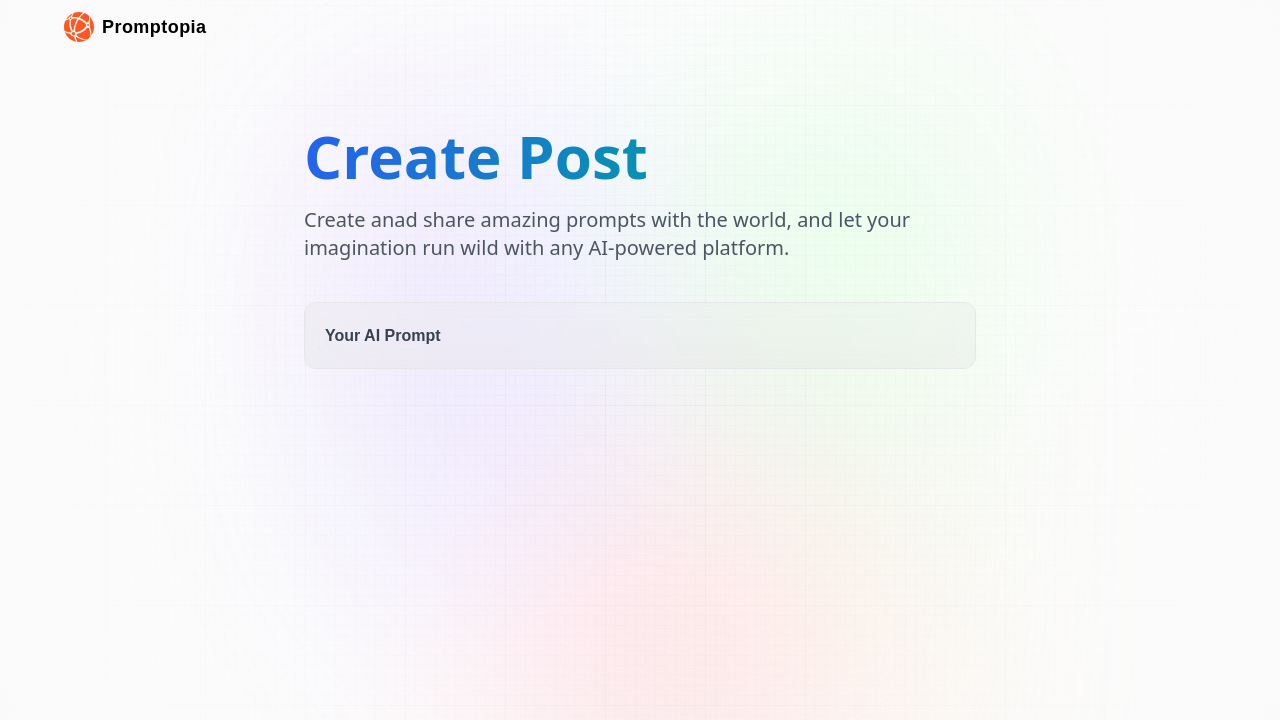
Repository: shraddesh123/promptAI
Page: /create-prompt
An editor plug-in stored every save of this project. The page is shown before and after a run of saves, followed by the edit.
The browser window is 1280 px wide. The pictures show the whole page.
The page's requests for data from a server got no answer. The project was rebuilt for these pictures with package versions that can differ from the ones it lists, and the page was loaded fresh each time. The framework's server and built-in components were replaced by stand-ins that run in the browser. No one was signed in, and anything a server would have sent is missing. Also part of the build but not shown: next.config.mjs.

Above is the page before, as saved 2024-08-02 18:33:56.

### app/layout.jsx

import "@styles/global.css";
import Nav from "@components/Nav";
import Provider from "@components/Provider";


export const metadata = {
    title: "Promptopia",
    description: "Discover & Share AI Prompts",
};
//we did not returning anything like other components
const RootLayout = ({ children }) => (
    <html lang='en'>
        <body>
            <Provider>
                <div className='main'>
                    <div className='gradient' />
                </div>
                <main className='app'>
                    <Nav />
                    {children}
                </main>
            </Provider>
        </body>
    </html>
);

export default RootLayout;

### app/create-prompt/page.jsx
"use client";
import { useState } from "react"
import { useSession } from "next-auth/react";
import { useRouter } from "next/router";

import Form from "@components/Form";


const CreatePrompt = () => {
    const [Submitting, setSubmitting] = useState(false);
    const [Post, setPost] = useState({
        prompt: '',
        tag: '',
    });
    const createPrompt = async (e) => {

    }
    return (
        <div>
            <Form
                type="Create"
                post={Post}
                setPost={setPost}
                Submitting={Submitting}
                handleSubmit={createPrompt}
            />
        </div>
    )
}

export default CreatePrompt

### styles/global.css
@import url("https://fonts.googleapis.com/css2?family=Inter:wght@100;200;300;400;500;600;700;800;900&display=swap");

@tailwind base;
@tailwind components;
@tailwind utilities;

/*
  Note: The styles for this gradient grid background is heavily inspired by the creator of this amazing site (https://dub.sh) – all credits go to them!
*/

.main {
  width: 100vw;
  min-height: 100vh;
  position: fixed;
  display: flex;
  justify-content: center;
  padding: 120px 24px 160px 24px;
  pointer-events: none;
}

.main:before {
  background: radial-gradient(circle, rgba(2, 0, 36, 0) 0, #fafafa 100%);
  position: absolute;
  content: "";
  z-index: 2;
  width: 100%;
  height: 100%;
  top: 0;
}

.main:after {
  content: "";
  background-image: url("/assets/images/grid.svg");
  z-index: 1;
  position: absolute;
  width: 100%;
  height: 100%;
  top: 0;
  opacity: 0.4;
  filter: invert(1);
}

.gradient {
  height: fit-content;
  z-index: 3;
  width: 100%;
  max-width: 640px;
  background-image: radial-gradient(
      at 27% 37%,
      hsla(215, 98%, 61%, 1) 0px,
      transparent 0%
    ),
    radial-gradient(at 97% 21%, hsla(125, 98%, 72%, 1) 0px, transparent 50%),
    radial-gradient(at 52% 99%, hsla(354, 98%, 61%, 1) 0px, transparent 50%),
    radial-gradient(at 10% 29%, hsla(256, 96%, 67%, 1) 0px, transparent 50%),
    radial-gradient(at 97% 96%, hsla(38, 60%, 74%, 1) 0px, transparent 50%),
    radial-gradient(at 33% 50%, hsla(222, 67%, 73%, 1) 0px, transparent 50%),
    radial-gradient(at 79% 53%, hsla(343, 68%, 79%, 1) 0px, transparent 50%);
  position: absolute;
  content: "";
  width: 100%;
  height: 100%;
  filter: blur(100px) saturate(150%);
  top: 80px;
  opacity: 0.15;
}

@media screen and (max-width: 640px) {
  .main {
    padding: 0;
  }
}

/* Tailwind Styles */

.app {
  @apply relative z-10 flex justify-center items-center flex-col max-w-7xl mx-auto sm:px-16 px-6;
}

.black_btn {
  @apply rounded-full border border-black bg-red-500 py-1.5 px-5 text-white transition-all hover:bg-white hover:text-black text-center text-sm font-inter flex items-center justify-center;
}

.outline_btn {
  @apply rounded-full border border-black bg-transparent py-1.5 px-5 text-black transition-all hover:bg-black hover:text-white text-center text-sm font-inter flex items-center justify-center;
}

.head_text {
  @apply mt-5 text-5xl font-extrabold leading-[1.15] text-black sm:text-6xl;
}

.orange_gradient {
  @apply bg-gradient-to-r from-amber-500 via-orange-600 to-yellow-500 bg-clip-text text-transparent;
}

.green_gradient {
  @apply bg-gradient-to-r from-green-400 to-green-500 bg-clip-text text-transparent;
}

.blue_gradient {
  @apply bg-gradient-to-r from-blue-600 to-cyan-600 bg-clip-text text-transparent;
}

.desc {
  @apply mt-5 text-lg text-gray-600 sm:text-xl max-w-2xl;
}

.search_input {
  @apply block w-full rounded-md border border-gray-200 bg-white py-2.5 font-satoshi pl-5 pr-12 text-sm shadow-lg font-medium focus:border-black focus:outline-none focus:ring-0;
}

.copy_btn {
  @apply w-7 h-7 rounded-full bg-white/10 shadow-[inset_10px_-50px_94px_0_rgb(199,199,199,0.2)] backdrop-blur flex justify-center items-center cursor-pointer;
}

.glassmorphism {
  @apply rounded-xl border border-gray-200 bg-white/20 shadow-[inset_10px_-50px_94px_0_rgb(199,199,199,0.2)] backdrop-blur p-5;
}

.prompt_layout {
  @apply space-y-6 py-8 sm:columns-2 sm:gap-6 xl:columns-3;
}

/* Feed Component */
.feed {
  @apply mt-16 mx-auto w-full max-w-xl flex justify-center items-center flex-col gap-2;
}

/* Form Component */
.form_textarea {
  @apply w-full flex rounded-lg h-[200px] mt-2 p-3 text-sm text-gray-500 outline-0;
}

.form_input {
  @apply w-full flex rounded-lg mt-2 p-3 text-sm text-gray-500 outline-0;
}

/* Nav Component */
.logo_text {
  @apply max-sm:hidden font-satoshi font-semibold text-lg text-black tracking-wide;
}

.dropdown {
  @apply absolute right-0 top-full mt-3 w-full p-5 rounded-lg bg-white min-w-[210px] flex flex-col gap-2 justify-end items-end;
}

.dropdown_link {
  @apply text-sm font-inter text-gray-700 hover:text-gray-500 font-medium;
}

/* PromptCard Component */
.prompt_card {
  @apply flex-1 break-inside-avoid rounded-lg border border-gray-300 bg-white/20 bg-clip-padding p-6 pb-4 backdrop-blur-lg backdrop-filter md:w-[360px] w-full h-fit;
}

.flex-center {
  @apply flex justify-center items-center;
}

.flex-start {
  @apply flex justify-start items-start;
}

.flex-end {
  @apply flex justify-end items-center;
}

.flex-between {
  @apply flex justify-between items-center;
}

### components/Nav.jsx
"use client";
import Link from "next/link"
import Image from "next/image"
import { useState, useEffect } from "react"
import { signIn, signOut, useSession, getProviders } from 'next-auth/react'


const Nav = () => {

    const { data: session } = useSession();
    const [providers, setProviders] = useState(null);
    const [toggleDropdown, setToggleDropdown] = useState(false);

    useEffect(() => {//functional component to fetch the available authentication providers from the next-auth library
        const setUpProviders = async () => {
            const res = await getProviders();//the getProviders function is called and the result is stored in the res variable.
            setProviders(res);
            // The setProviders function is then called with the res variable to update the providers state variable.
        }
        setUpProviders();
    }, []);


    return (
        <nav className="flex-between w-full mb-16 pt-3">
            <Link
                href="/"
                className="flex gap-2 flex-center">

                <Image
                    src="/assets/images/logo.svg"
                    width={30}
                    height={30}
                    className="object-contain"
                    alt="logo"
                />

                <p className="logo_text">Promptopia</p>

            </Link>
            {/*desktop navigation*/}
            <div className="sm:flex hidden">
                {session?.user ? (
                    <div className="flex gap-3 md:gap-5">
                        <Link
                            href="/create-prompt"
                            className="black_btn"
                        >
                            Create Post
                        </Link>
                        <button
                            type="button"
                            onClick={signOut}
                            className="outline_btn">
                            Sign Out
                        </button>
                        <Link href="/profile">
                            <Image
                                src={session?.user.image}
                                width={37}
                                height={37}
                                className="rounded-full"
                                alt="profile"
                            />
                        </Link>
                    </div>
                ) : (
                    <>
                        {providers &&
                            Object.values(providers).map((provider) => (
                                <button
                                    type='button'
                                    key={provider.name}
                                    onClick={() => {
                                        signIn(provider.id);
                                    }}
                                    className='black_btn'
                                >
                                    Sign In
                                </button>
                            ))}
                    </>
                )}
            </div>
            {/*mobile navigation*/}
            <div className="sm:hidden flex relative">
                {session?.user ? (
                    <div className="flex">
                        <Image
                            src={session?.user.image}
                            width={30}
                            height={30}
                            className="object-contain cursor-pointer"
                            alt="profile"
                            onClick={() => setToggleDropdown(!toggleDropdown)}//prev is a reference to the previous value of the toggleDropdown state variable.!prev expression is used to toggle the value of prev. If prev is true, !prev will be false, and vice versa.
                        />
                        {toggleDropdown && (
                            <div className="dropdown">
                                <Link
                                    href='/profile'
                                    className='dropdown_link'
                                    onClick={() => setToggleDropdown(false)}
                                >
                                    My Profile
                                </Link>
                                <Link
                                    href='/create-prompt'
                                    className='dropdown_link'
                                    onClick={() => setToggleDropdown(false)}
                                >
                                    Create Post
                                </Link>
                                <button
                                    type="button"
                                    onClick={() => {
                                        setToggleDropdown(false);
                                        signOut();
                                    }}
                                    className="mt-5 w-full black_btn"
                                >
                                    Sign Out
                                </button>
                            </div>
                        )}
                    </div>
                )
                    :
                    (
                        <>
                            {providers &&
                                Object.values(providers).map((provider) => (
                                    <button
                                        type='button'
                                        key={provider.name}
                                        onClick={() => {
                                            signIn(provider.id);
                                        }}
                                        className='black_btn'
                                    >
                                        Sign in
                                    </button>
                                ))}
                        </>
                    )}
            </div>
        </nav>
    )
}

export default Nav

### components/Provider.jsx
"use client";
import { SessionProvider } from 'next-auth/react'

const Provider = ({ children, session }) => {

  return (
    <SessionProvider session={session}>
      {children}
    </SessionProvider>
  )
}

export default Provider

### components/Form.jsx
import Link from "next/link"

const Form = ({ type, post, setPost, Submitting, handleSubmit }) => {
  return (
    <section className="w-full max-w-full flex-start flex-col">
      <h1 className="head_text text-left "> <span className="blue_gradient">{type} Post</span></h1>
      <p className="desc text-left max-w-md">
        {type} anad share amazing prompts with the world, and let your imagination run wild with any AI-powered platform.
      </p>
      <form
        onSubmit={handleSubmit}
        className="mt-10 w-full max-w-2xl flex flex-col gap-7 glassmorphism">
          <label>
            <span className="font-satoshi font-semibold text-base text-gray-700">Your AI Prompt</span>

          </label>
      </form>
    </section>
  )
}

export default Form

Loaded but not shown: tailwind.config.js (common file)

After the next 2 saves:
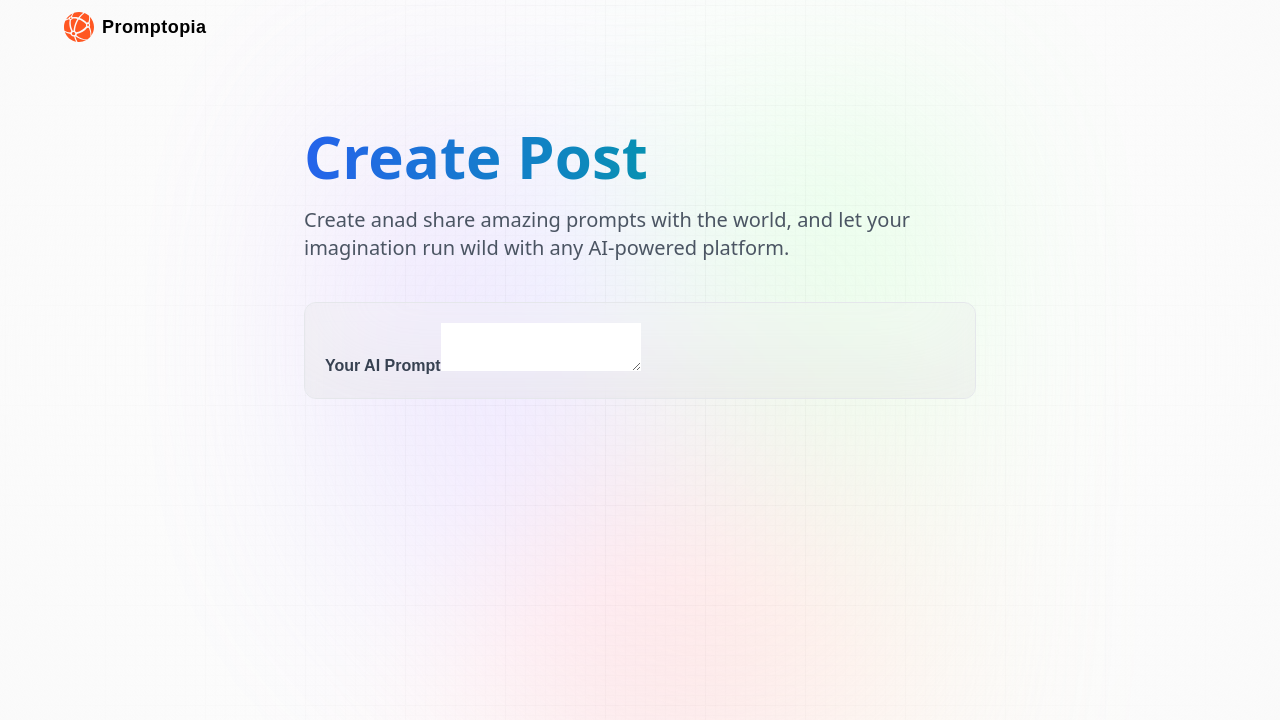
The 2 saves are shown as one change because they came seconds apart.
The last was saved 10 s later.
--- a/components/Form.jsx
+++ b/components/Form.jsx
@@ -12,7 +12,7 @@ const Form = ({ type, post, setPost, Submitting, handleSubmit }) => {
         className="mt-10 w-full max-w-2xl flex flex-col gap-7 glassmorphism">
           <label>
             <span className="font-satoshi font-semibold text-base text-gray-700">Your AI Prompt</span>
-
+            <textarea name="" id=""></textarea>
           </label>
       </form>
     </section>
